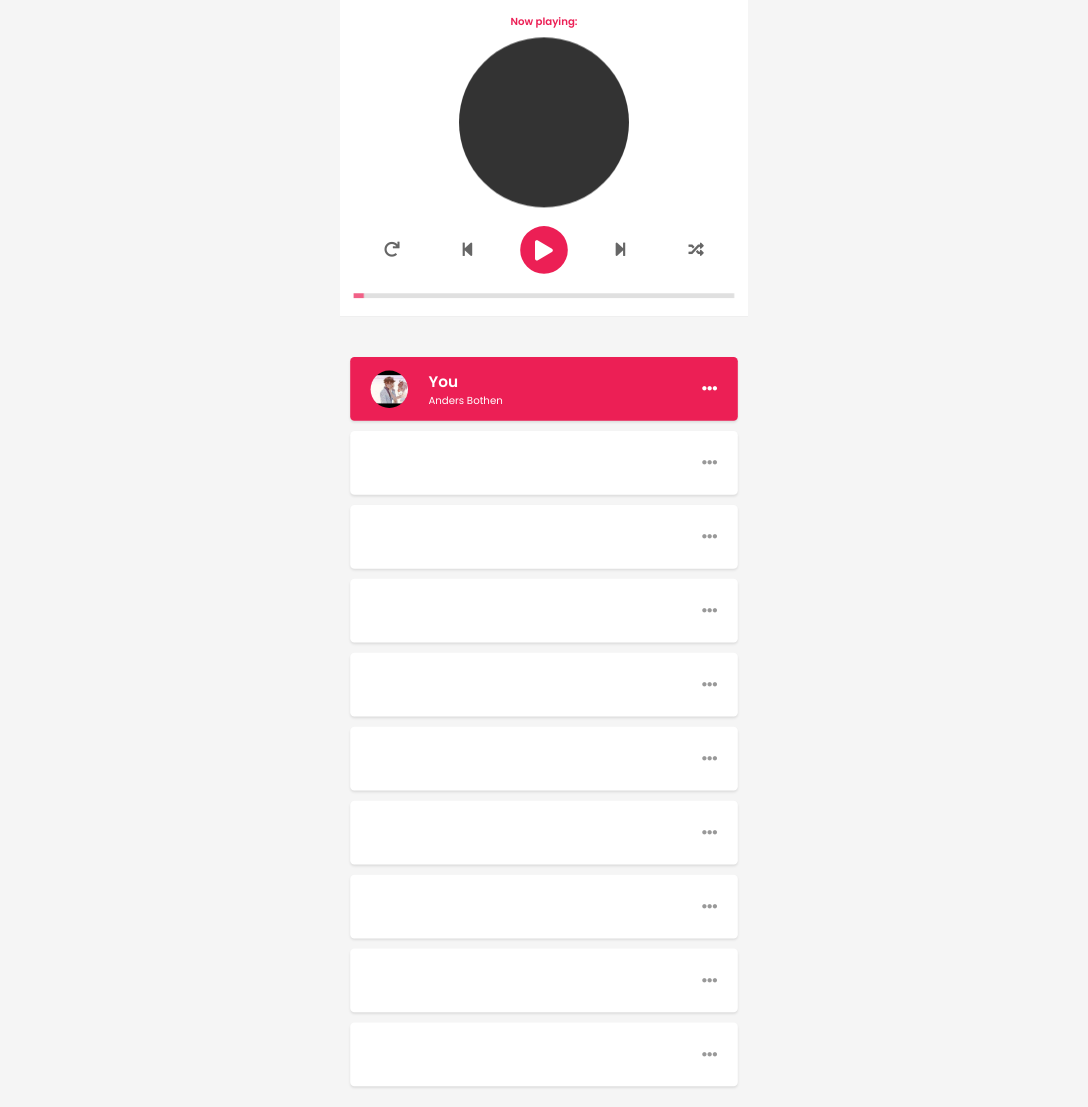
Repository: tongdkhai/Music-Player-
Page: index.html
The author's editor kept a copy of each file at every save. The page is drawn from the files as they stood at one save, then again after the next save.
The browser window is 1280 px wide. The pictures show the whole page, at 85% of full size.
After loading, the first visible `div.btn-prev` was clicked once.

Above is the page before, as saved 2022-09-26 21:59:40.

After the next save:
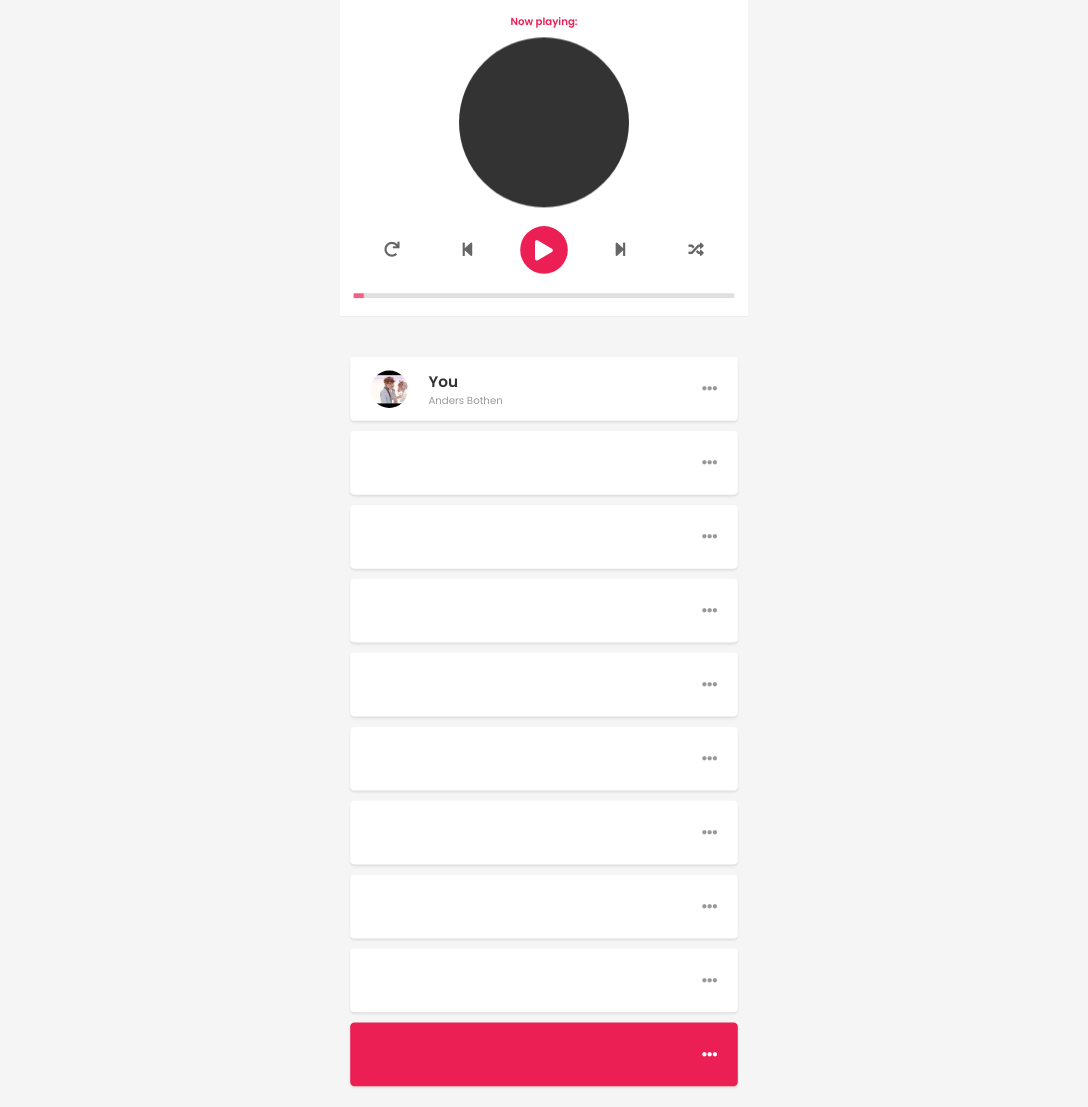
Saved 103 s later.
--- a/index.html
+++ b/index.html
@@ -236,6 +236,7 @@
                         app.nextSong()
                     }
                     audio.play()
+                    app.render()
                 }
 
                 //Khi prev bài hát
@@ -246,6 +247,7 @@
                     app.prevSong()
                     }
                     audio.play()
+                    app.render()
                 }
 
 
